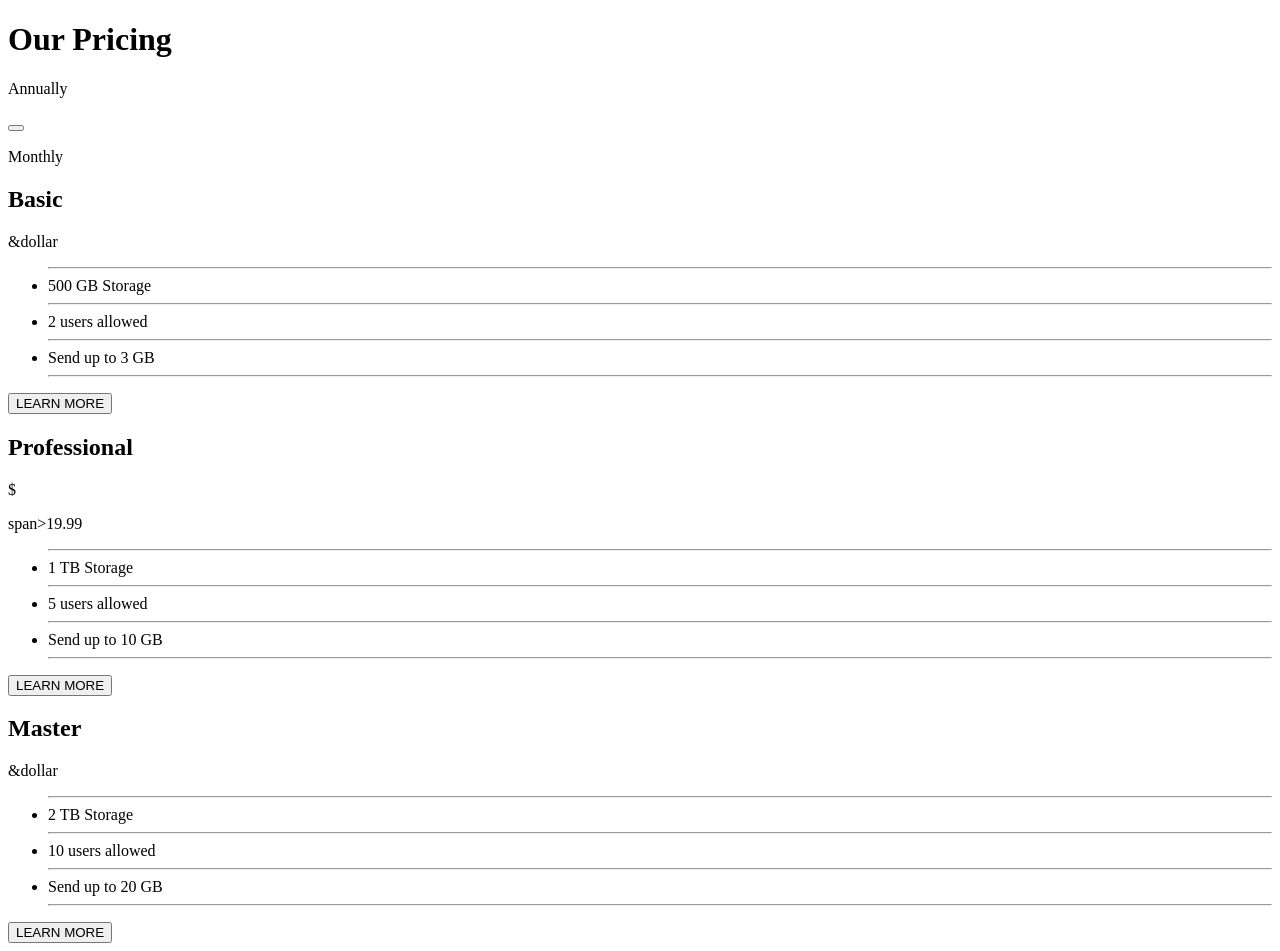
Repository: lah23500/Pricing-App
Page: Price landing page/index.html
These files come from the project's save history. The page is drawn as it stood at one moment and after the next save; the edit follows.
The browser window is 1280 px wide. The pictures show the whole page.

Above is the page before, as saved 2024-01-19 14:28:43.

After the next save:
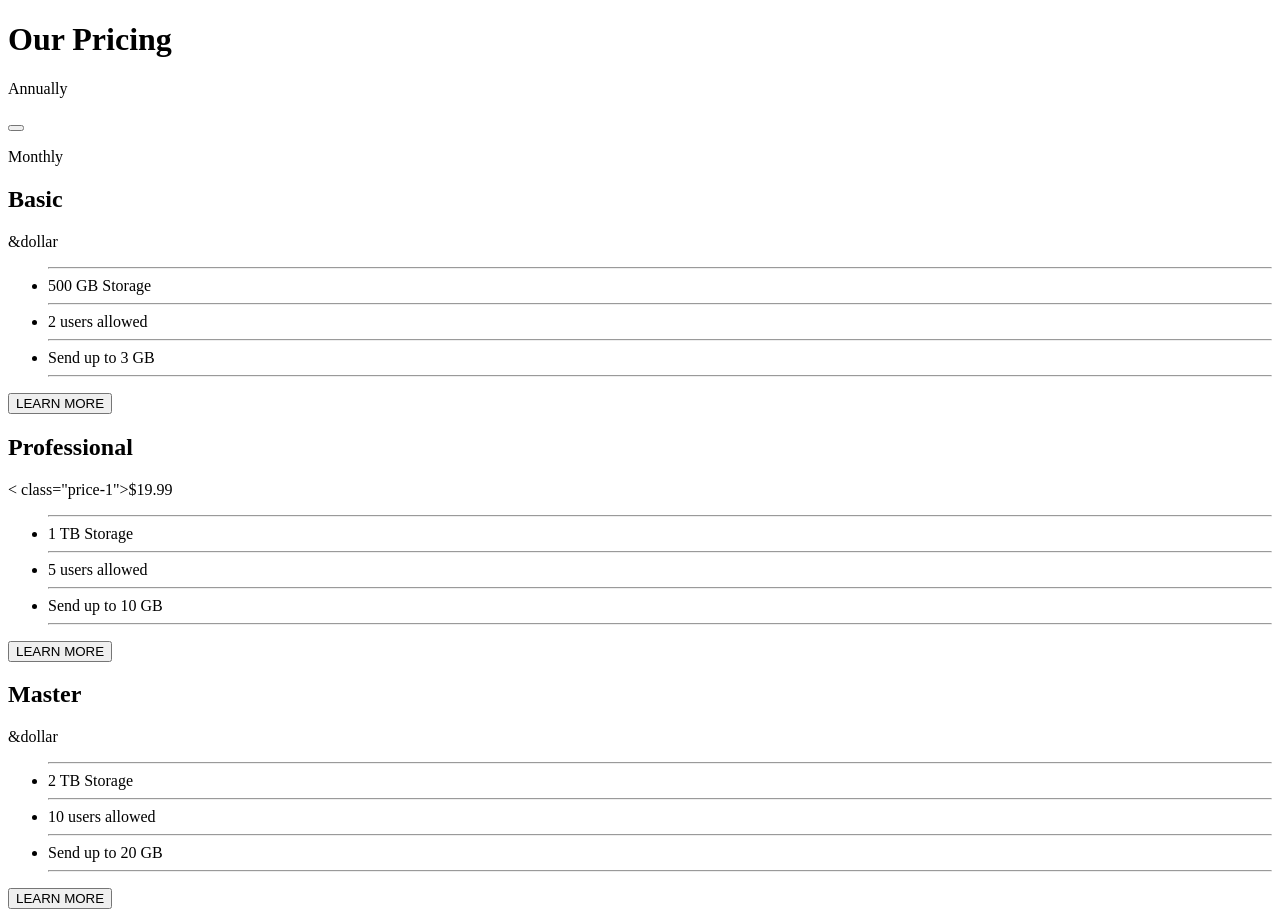
Saved 110 s later.
--- a/Price landing page/index.html
+++ b/Price landing page/index.html
@@ -42,7 +42,7 @@
           <article class="pricing container">
       <h2>Professional</h2>
 
-      <p class="price-1>span="dollar-sign">&dollar;</p>span>19.99</p>
+      < class="price-1"><span="dollar-sign">&dollar;</span>19.99</p>
       <ul>
         <hr />
         <li>1 TB Storage</li>
